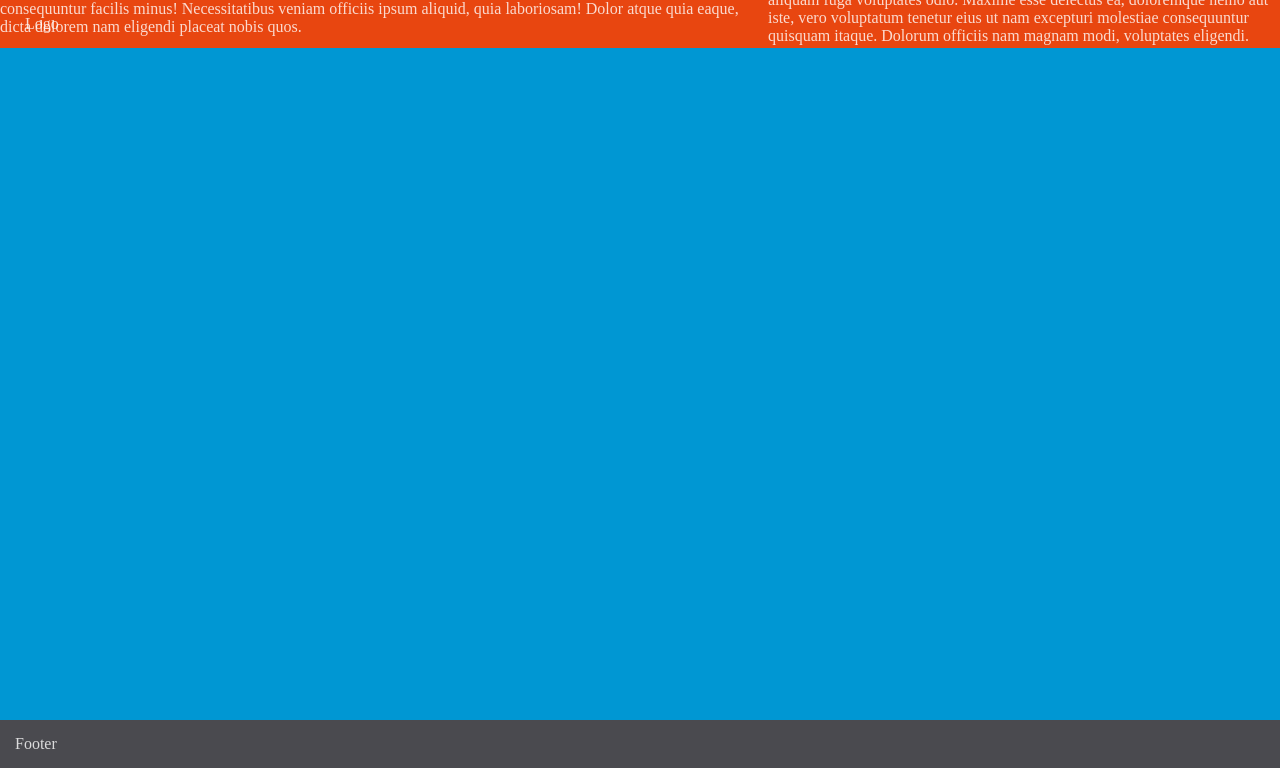
Repository: Leannald13/Another-website-attempt
Page: index.html
The author's editor kept a record of every edit. The page is drawn from the files as they stood at one moment, then again after the next edit.
The browser window is 1280 px wide. The pictures show the whole page.

Above is the page before.

### index.html
<!DOCTYPE html>
<html lang="en">
<head>
    <meta charset="UTF-8">
    <meta name="viewport" content="width=device-width, initial-scale=1.0">
    <meta http-equiv="X-UA-Compatible" content="ie=edge">
    <link rel="stylesheet" href="main.css" type="text/css" />
    <title>Document</title>
</head>
<body>
    <main class="main">
    <header class="header">
        <div class="logo">Logo</div>
        </header>
    <section class="section">
    <div class="vcenter">
        <article class="article column column-60">
        <p class="section-paragraph">
          Lorem ipsum dolor sit amet, consectetur adipisicing elit. Eos maxime, voluptate explicabo at libero quidem alias eveniet inventore assumenda necessitatibus temporibus ex perferendis praesentium, labore itaque quam beatae dicta consequuntur facilis minus! Necessitatibus veniam officiis ipsum aliquid, quia laboriosam! Dolor atque quia eaque, dicta dolorem nam eligendi placeat nobis quos.
        </p>
        </article>
    <aside class="aside column column-40">
        <p class="section-paragraph">
        Lorem ipsum dolor sit amet, consectetur adipisicing elit. Fugiat debitis corporis, fugit, placeat aperiam minima autem optio, reiciendis, cumque iusto aliquam fuga voluptates odio. Maxime esse delectus ea, doloremque nemo aut iste, vero voluptatum tenetur eius ut nam excepturi molestiae consequuntur quisquam itaque. Dolorum officiis nam magnam modi, voluptates eligendi.
        </p>
    </aside>

    </div>
    </section>
     <footer class="footer">
         Footer
     </footer>
    </main>
</body>
</html>

### main.css
body, html {
    height: 100%;
    margin: 0;
    color: rgba(255, 255, 255, .8);
}

.header {
    position: fixed;
    top: 0;
    left: 0;
    right: 0;
    background-color: #e84610;
    padding: 15px 25px;
}

.main {
    height: 100%;
}

.section {
    background-color: #0097d3;
    height: 100%;
}

.article, aside {
    position: relative;
    top: 50%;
    transform: translateY(-50%);
}


.section-paragraph {
    font-size: 1em;
}

.footer {
    background-color: #4a4a4f;
    padding: 15px;
}

.column {
    float: left;
}

@media (min-width: 768px) {
    .column-60 {
        width: 60%;
    }
    .column-40 {
        width: 40%;
    }
}

After the next edit:
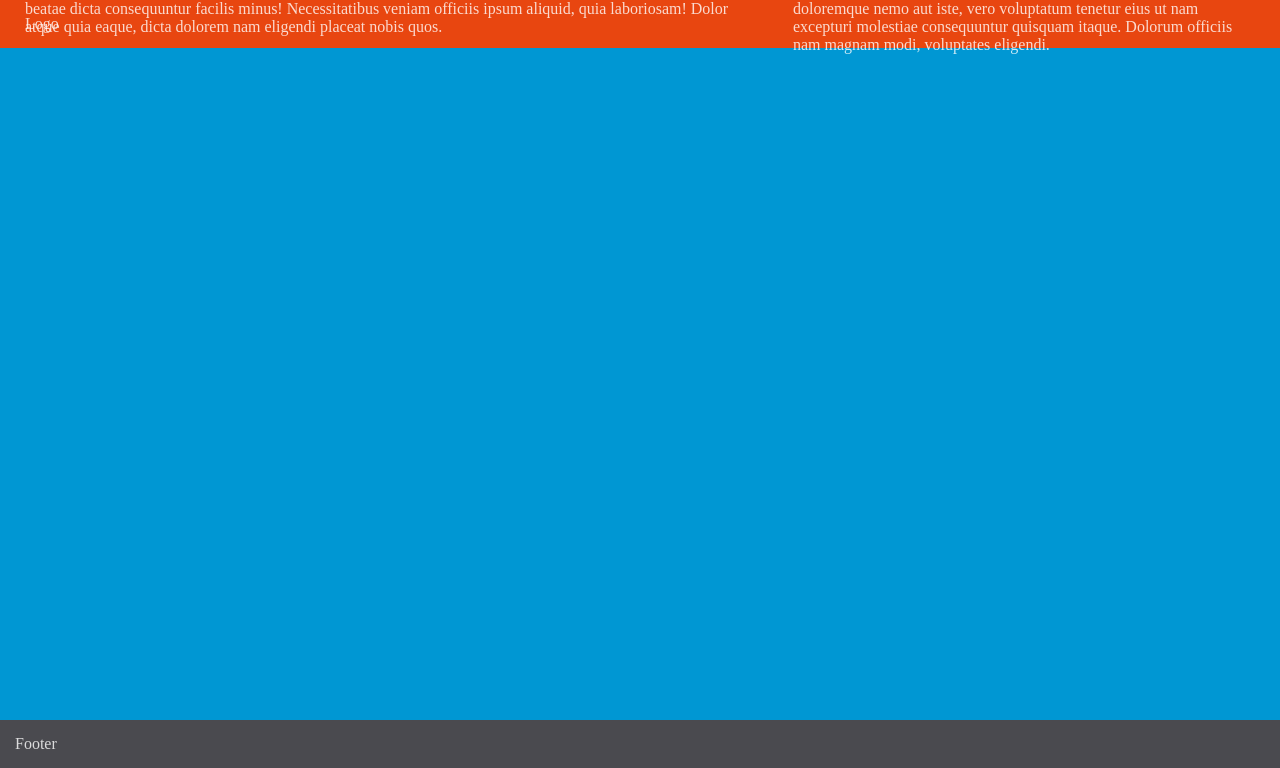
The edit:
--- a/main.css
+++ b/main.css
@@ -31,6 +31,7 @@
 
 .section-paragraph {
     font-size: 1em;
+    margin: 25px;
 }
 
 .footer {
